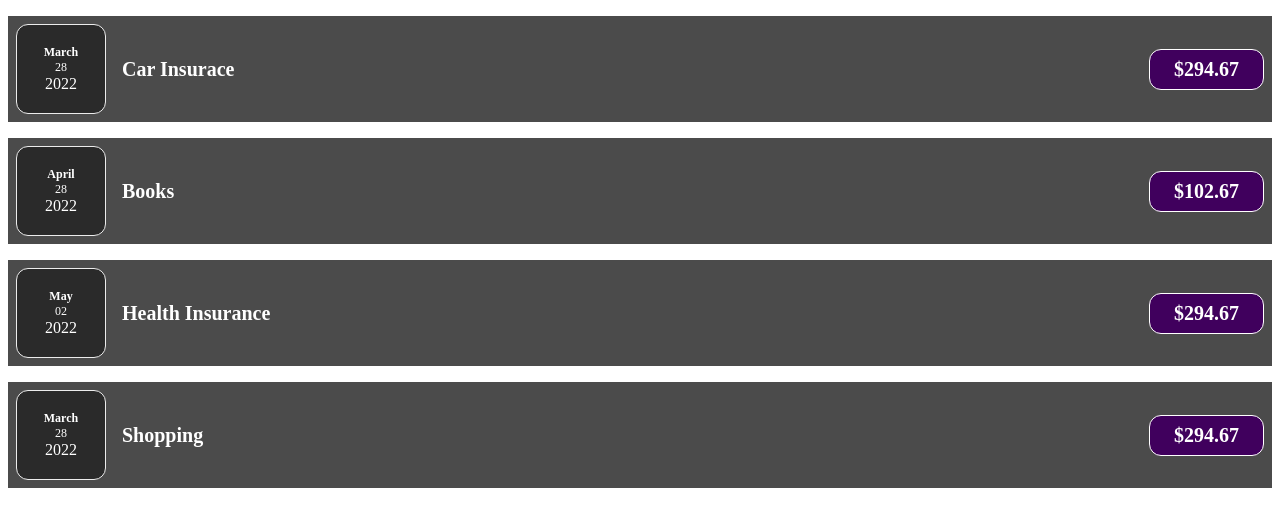
Repository: AbrorjonKuchkarov/expence-tracker-react
Page: /
The author's editor kept a copy of each file at every save. The page is drawn from the files as they stood at one save, then again after the next save.
The browser window is 1280 px wide. The pictures show the whole page.
The project was rebuilt for these pictures with package versions that can differ from the ones it lists, and the page was loaded fresh each time. Also part of the build but not shown: src/App.css.

Above is the page before, as saved 2022-04-13 16:15:51.

After the next save:
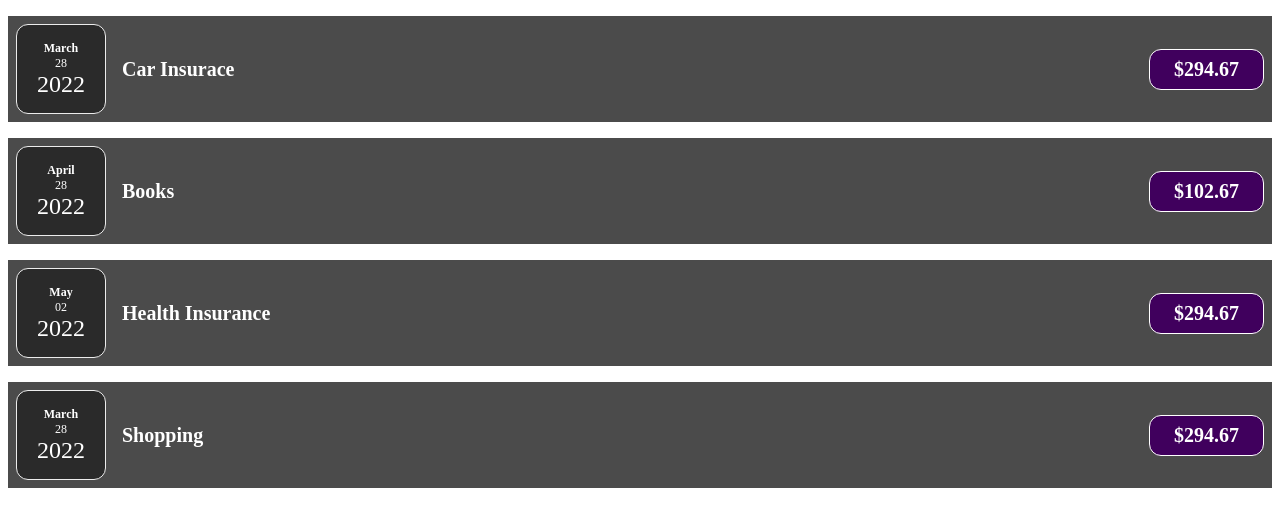
Saved 18 s later.
--- a/src/components/ExpenseDate.css
+++ b/src/components/ExpenseDate.css
@@ -19,3 +19,7 @@
 .expense-date__day {
    font-size: 0.75rem;
 }
+
+.expense-date__year {
+   font-size: 1.5rem;
+}
